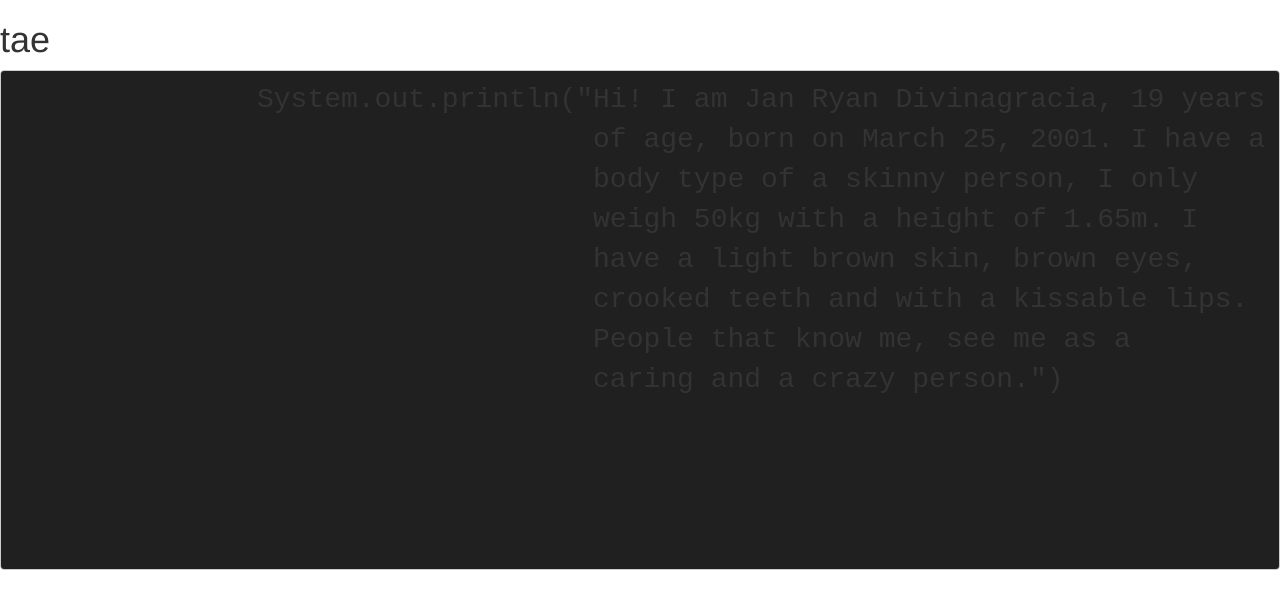
Repository: janry-gracia/Divinagracia_FinalProject
Page: Pages/storyofmylife.html
An editor plug-in stored every save of this project. The page is shown before and after the next save, followed by the edit.
The browser window is 1280 px wide. The pictures show the whole page.

Above is the page before, as saved 2021-05-17 23:18:23.
Console error: TypeError: Cannot read properties of null (reading 'addEventListener')

After the next save:
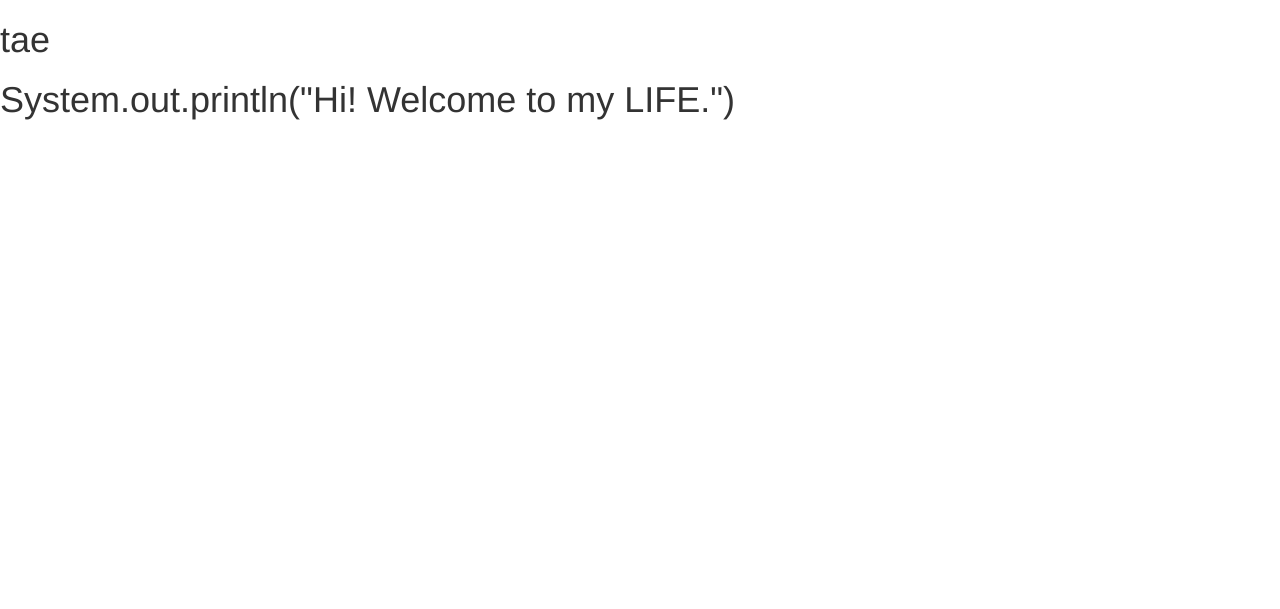
Saved 52 s later.
--- a/Pages/storyofmylife.html
+++ b/Pages/storyofmylife.html
@@ -12,20 +12,12 @@
 
     <div class="container-fluid ">
 
-
+        <div class="container-fluid typewriter"></div>
             <div class="typewriter">
                 <h1>tae</h1>
             </div>
-            <pre class="message">System.out.println("Hi! I am Jan Ryan Divinagracia, 19 years
-                    of age, born on March 25, 2001. I have a
-                    body type of a skinny person, I only
-                    weigh 50kg with a height of 1.65m. I
-                    have a light brown skin, brown eyes,
-                    crooked teeth and with a kissable lips.
-                    People that know me, see me as a
-                    caring and a crazy person.")
-            </pre>
-
+            <h1>System.out.println("Hi! Welcome to my LIFE.")</h1>
+        </div>
 
 
     </div>
